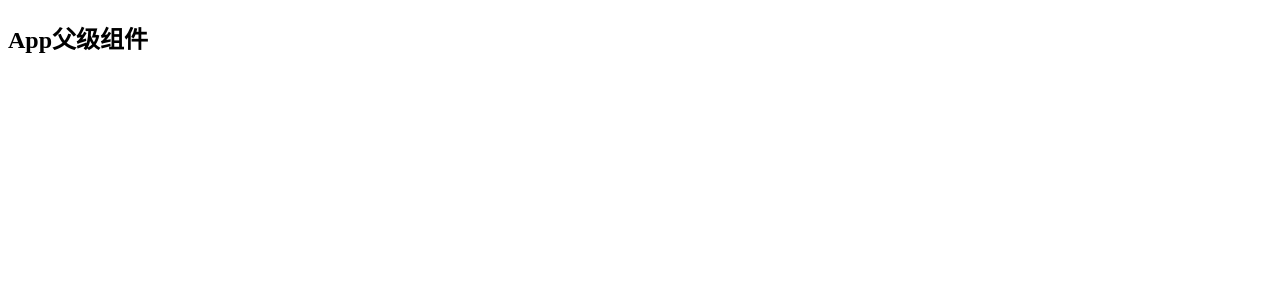
Repository: zhuhongxiang/Vue3.0-TSLeaning
Page: / (app in 04_Vue3/vue3_learning/)
An editor plug-in stored every save of this project. The page is shown before and after the next save, followed by the edit.
The browser window is 1280 px wide. The pictures show the whole page.
The project was rebuilt for these pictures with package versions that can differ from the ones it lists, and the page was loaded fresh each time.

Above is the page before, as saved 2021-07-25 21:41:57.

After the next save:
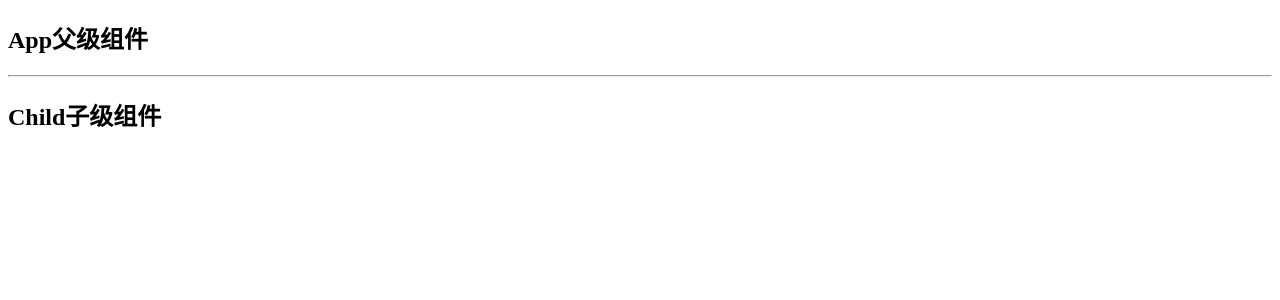
Saved 44 s later.
--- a/04_Vue3/vue3_learning/src/App.vue
+++ b/04_Vue3/vue3_learning/src/App.vue
@@ -1,5 +1,7 @@
 <template>
   <h2>App父级组件</h2>
+  <hr />
+  <Child />
 </template>
 
 <script lang='ts'>
